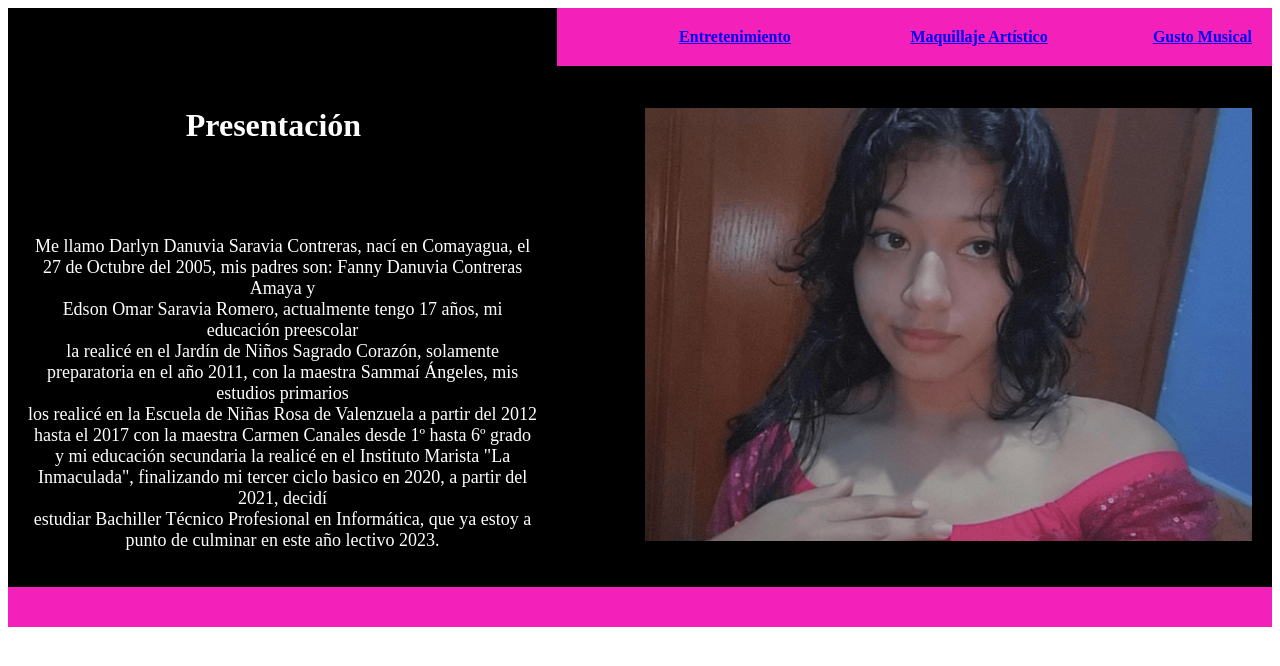
Repository: darlyn-saravia27/portafolio-darlynsaravia
Page: archivoshtml/index.html
An editor plug-in stored every save of this project. The page is shown before and after the next save, followed by the edit.
The browser window is 1280 px wide. The pictures show the whole page.

Above is the page before, as saved 2023-03-05 03:33:26.

### archivoshtml/index.html
<!DOCTYPE html>
<html lang="en">
<head>
    <meta charset="UTF-8">
    <meta http-equiv="X-UA-Compatible" content="IE=edge">
    <meta name="viewport" content="width=device-width, initial-scale=1.0">
    <title>Mi Portafolio Web</title>
</head>
<body>
    <table align="center" cellspacing="0" cellpadding="20%" width="100%">
    <tr align="center" bgcolor="black">
        <td>-----------------------------------------------------------------------------------</td>
        <td align="right" bgcolor="F321BA"><font color="white"><strong><a href="entretenimiento.html">
            Entretenimiento</a></strong></font></td>
        <td align="right" bgcolor="F321BA"><font color="white"><strong><a href="maquillaje.html">
            Maquillaje Artístico</a></strong></font></td>
        <td align="right" bgcolor="F321BA"><font color="white"><strong><a href="gustomusical.html">
            Gusto Musical</a></strong></font></td>
    </tr>
    <tr bgcolor="#000000">
        <td align="center">
            <h1><font color="white">Presentación</font>></h1>
            <br>
            <br>
            <br>
            <p><font color="white" size="4"> Me llamo Darlyn Danuvia Saravia Contreras, nací en Comayagua,
                el 27 de Octubre del 2005, mis padres son: Fanny Danuvia Contreras Amaya y <br>Edson Omar Saravia
                Romero, actualmente tengo 17 años, mi educación preescolar <br>la realicé
                en el Jardín de Niños Sagrado Corazón, solamente preparatoria en el año 2011,
                con la maestra Sammaí Ángeles, mis estudios primarios <br>los realicé en la
                Escuela de Niñas Rosa de Valenzuela a partir del 2012 hasta el 2017 con
                la maestra Carmen Canales desde 1º hasta 6º grado <br>y mi educación secundaria la
                realicé en el Instituto Marista "La Inmaculada", finalizando
                mi tercer ciclo basico en 2020, a partir del 2021, decidí <br>estudiar Bachiller
                Técnico Profesional en Informática, que ya estoy a punto de culminar en este año lectivo 2023.</font>
            </p>
        </td>
        <td align="right" colspan="3">
            <img src="foto.png" alt="Darlyn Saravia" width="90%" height="90%">
        </td>
    </tr>
    <tr bgcolor="F321BA" border color="F321BA">
        <td></td>
        <td></td>
        <td></td>
        <td></td>
    </tr></tr>
</body>
</html>

After the next save:
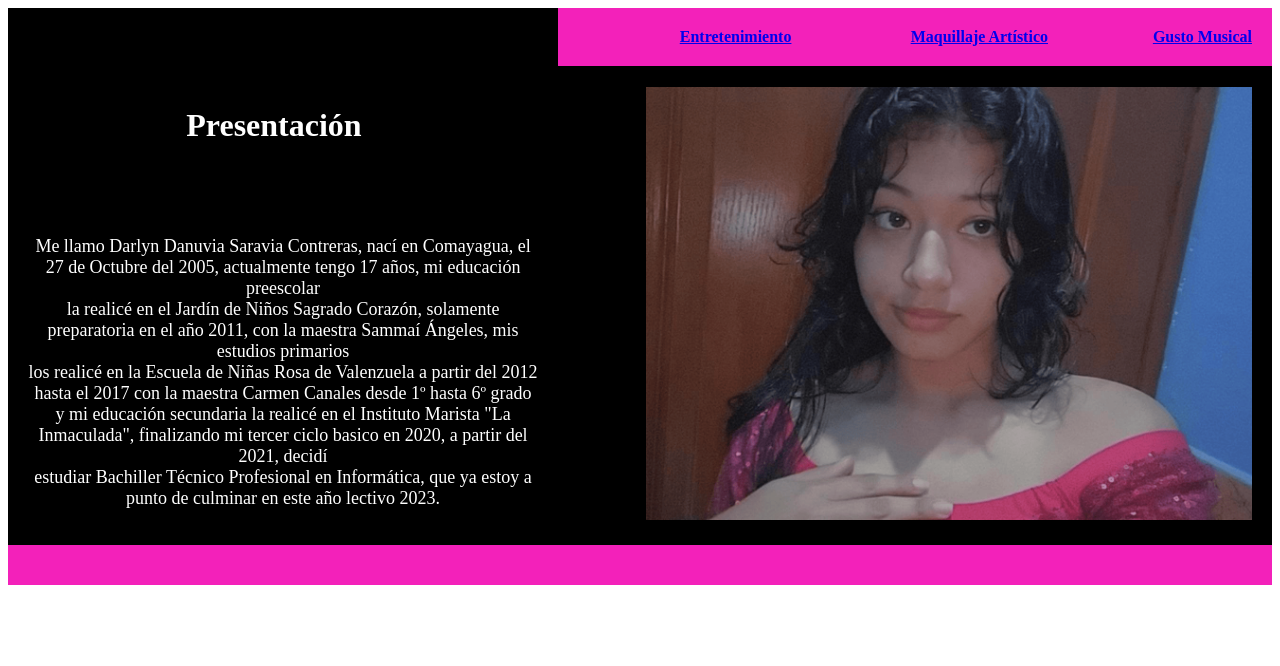
Saved 21 s later.
--- a/archivoshtml/index.html
+++ b/archivoshtml/index.html
@@ -24,8 +24,7 @@
             <br>
             <br>
             <p><font color="white" size="4"> Me llamo Darlyn Danuvia Saravia Contreras, nací en Comayagua,
-                el 27 de Octubre del 2005, mis padres son: Fanny Danuvia Contreras Amaya y <br>Edson Omar Saravia
-                Romero, actualmente tengo 17 años, mi educación preescolar <br>la realicé
+                el 27 de Octubre del 2005, actualmente tengo 17 años, mi educación preescolar <br>la realicé
                 en el Jardín de Niños Sagrado Corazón, solamente preparatoria en el año 2011,
                 con la maestra Sammaí Ángeles, mis estudios primarios <br>los realicé en la
                 Escuela de Niñas Rosa de Valenzuela a partir del 2012 hasta el 2017 con
